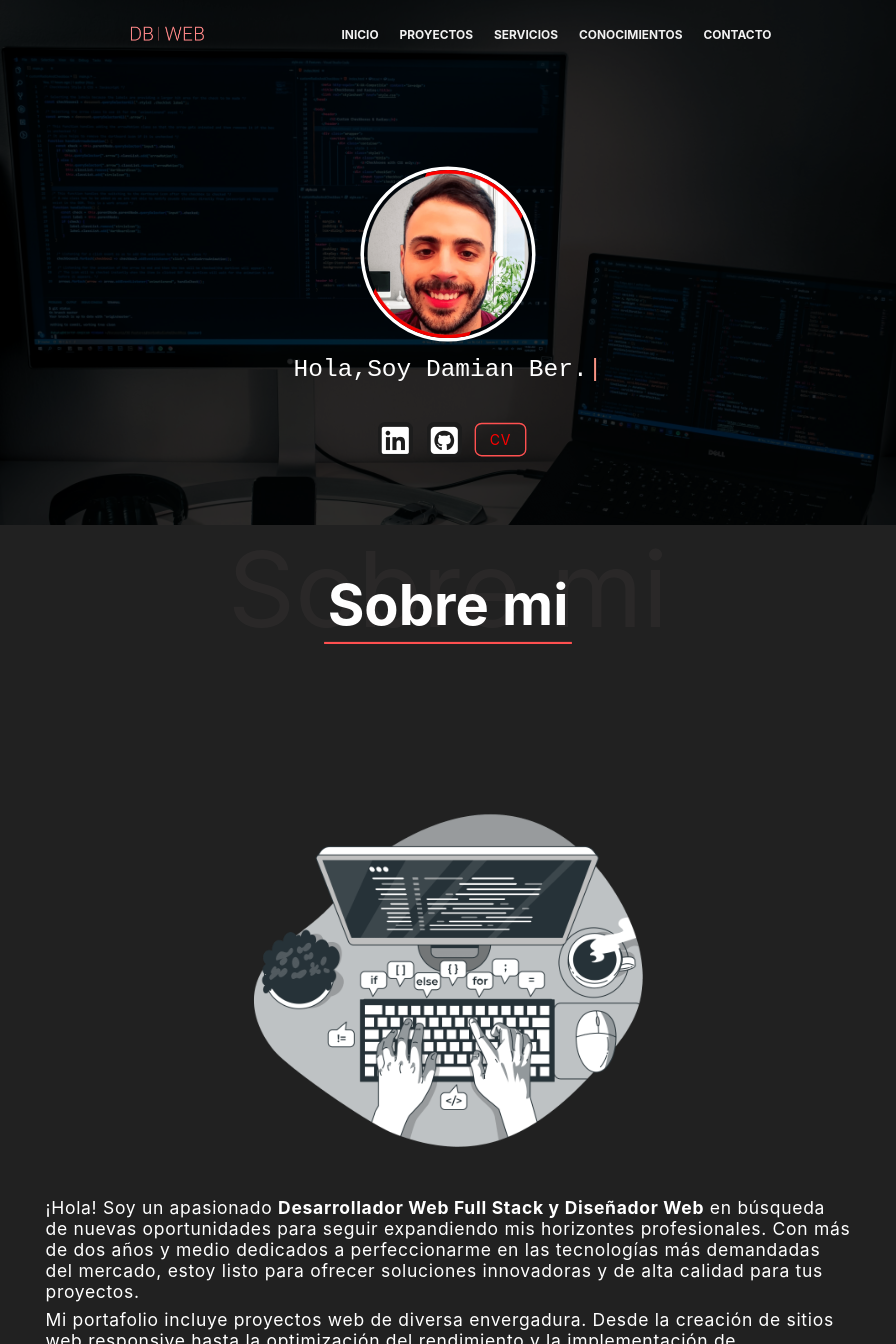
Repository: DamianBermudez94/DB-Porfolio
Page: /
An editor plug-in stored every save of this project. The page is shown before and after a run of saves, followed by the edit.
The browser window is 1280 px wide. The pictures show the part of the page from y = 0 to 1920 px (the page is 3240 px tall), at 70% of full size.
Backgrounds fixed to the window are drawn as part of the page. Some web libraries are served in a nearby version. The project was rebuilt for these pictures with package versions that can differ from the ones it lists, and the page was loaded fresh each time. Also part of the build but not shown: vite.config.js, src/components/Servicios/styles.css, src/components/Servicios/Service.jsx, src/pages/Servicios.jsx, src/components/Conocimientos/styles.css, src/components/Conocimientos/Conocimientos.jsx, src/pages/AcerdaDe.jsx, src/components/Contacto/styles.css and 7 more.

Above is the page before, as saved 2024-04-01 19:17:20.

### index.html
<!DOCTYPE html>
<html lang="es">
  <head>
    <meta charset="utf-8" />
    <meta name="viewport" content="width=device-width, initial-scale=1" />
    <meta name="geo.position" content="-35.1853171; -59.1479442" />
    <link
      rel="icon"
      type="image/png"
      sizes="32x32"
      href="./public/image/icons-favicon-DB.png"
    />
    <link
      rel="apple-touch-icon"
      type="image/png"
      sizes="32x32"
      href="./public/image/icons-favicon-DB.png"
    />

    <link rel="manifest" href="./src/manifiesto.json" />
    <title>Damián Bermúdez - Developer</title>
    <meta name="author" content="Damián Bermúdez" />
    <meta
      name="description"
      content="Desarrollador Web Full Stack - Diseñador Web - Paginás Web - Damián Bermúdez"
    />
    <meta name="theme-color" content="#000000" />
    <!--Estilos-->
    <script
      src="https://kit.fontawesome.com/bdbed0aafa.js"
      crossorigin="anonymous"
    ></script>
    <link rel="preconnect" href="https://fonts.gstatic.com" />
    <link rel="preconnect" href="https://fonts.gstatic.com" />
    <link rel="preconnect" href="https://fonts.gstatic.com" />
    <link rel="preconnect" href="https://fonts.gstatic.com" />
    <link
      href="https://fonts.googleapis.com/css2?family=Raleway:wght@200;300&family=Roboto:wght@100;300&display=swap"
      rel="stylesheet"
    />
  </head>
  <body>
    <div id="root"></div>
    <script type="module" defer src="/src/main.jsx"></script>
  </body>
</html>

### src/main.jsx
import ReactDOM from "react-dom/client";

import App from "./App";
import "./index.css";
const root = ReactDOM.createRoot(document.getElementById("root"));
root.render(<App />);

### src/App.jsx
import { useState, useEffect } from "react";
import { MisRutas } from "./routers/MisRutas";
import { BrowserRouter } from "react-router-dom";
import backgroundImage from "../public/image/banner-parallax2.jpg";
import "./App.css";
function App() {
  const [scrollPosition, setScrollPosition] = useState(0);

  useEffect(() => {
    const handleScroll = () => {
      setScrollPosition(window.pageYOffset);
    };

    window.addEventListener("scroll", handleScroll);

    return () => {
      window.removeEventListener("scroll", handleScroll);
    };
  }, []);

  return (
    <main className="content-main parallax-container">
      <div
        className="parallax-background"
        style={{
          backgroundImage: `url(${backgroundImage})`,
          backgroundPositionY: scrollPosition / 2 + "px",
        }}
      />
      <div className="parallax-content">
        <BrowserRouter>
          <MisRutas />
        </BrowserRouter>
      </div>
    </main>
  );
}

export default App;

### src/index.css
* {
  margin: 0;
  padding: 0;
  box-sizing: border-box;
}
body {
  font-family: -apple-system, BlinkMacSystemFont, "Segoe UI", "Roboto", "Oxygen",
    "Ubuntu", "Cantarell", "Fira Sans", "Droid Sans", "Helvetica Neue",
    sans-serif;
  -webkit-font-smoothing: antialiased;
  -moz-osx-font-smoothing: grayscale;
}

### src/routers/MisRutas.jsx
import {Routes, Route } from "react-router-dom";

import { Inicio } from "../pages/Inicio";
import { Servicios } from "../pages/Servicios";
import { AcerdaDe } from "../pages/AcerdaDe";
import { Contacto } from "../pages/contacto";
import { Proyectos } from "../pages/Proyecto";
import { Error } from "../components/Error";
import { NavHeader } from "../components/header/NavHeader";
import { Footer } from "../components/Footer/Footer";

export const MisRutas = () => {
  return (
    <div className="layout">
      {/*Header y navegacion*/}
      <NavHeader />
      {/*Contenido general*/}

      <Routes>
        <Route path="/" element={<Inicio />} />
        <Route path="/inicio" element={<Inicio />} />
        <Route path="/servicios" element={<Servicios />} />
        <Route path="/conocimientos" element={<AcerdaDe />} />
        <Route path="/contacto" element={<Contacto />} />
        <Route path="/proyecto" element={<Proyectos />} />
        <Route path="*" element={<Error />} />
      </Routes>

      {/* Footer*/}
      <Footer />
    </div>
  );
};

### src/App.css
.parallax-container {
  position: relative;
  overflow: hidden;
  color: #fff;


}
.parallax-background {
  position: absolute;
  top: 0;
  left: 0;
  width: 100%;
  height: 100%;
  background-size: cover;
  background-position: center;
  background-attachment: fixed;

}
.parallax-content {
 /* Agregamos una transición para suavizar la animación */
  padding-top: 150px;
  background-color: rgba(0, 0, 0, 0.8);
  position: relative;
  z-index: 1; /* Asegura que el contenido esté sobre la imagen de fondo */
}

### src/pages/Inicio.jsx
import { Home } from "../components/Home/Home";
export const Inicio = () => {
  return (
    <section>
      <Home />
    </section>
  );
};

### src/components/Footer/Footer.jsx

import './Footer.css'
export const Footer = () => {
  return (
    <footer className="footer">
      <div className="contenedor-footer container">
          <div className="footer-redes__sociales">
              <a href="https://www.facebook.com" className="link-redes_sociales" ><i className="fab fa-facebook facebook"></i></a>
              <a href="https://www.instagram.com" className="link-redes_sociales" ><i className="fab fa-instagram instagran"></i></a>
              <a href="https://www.linkedin.com" className="link-redes_sociales" ><i className="fab fa-linkedin linkedin"></i></a>
              <a href="https:/www.github.com" className="link-redes_sociales" ><i className="fab fa-github-square github"></i></a>
          </div>
          <hr className='footer-linea__separacion' />
          <div className="footer-text">
              <p className="title-copy">Hecho por<a className="title-footer" href="https://damianbermudezdev.es/">DB|WEB</a></p>
          </div>
      </div>
    </footer>
  )
}

### src/components/Home/Home.jsx
import { useState, useEffect } from "react";
import { NavLink } from "react-router-dom";
import { useSpring, animated } from "react-spring";

import CustomText from "../TextoCustom/CustomText";

import imagen from "../../../public/image/Developer.png";
import "./styles.css";
export const Home = () => {
  const words = [
    "Hola,Soy Damian Bermudez",
    "Developer Web Full Stack",
    "Diseñador Web",
  ];
  const [showContent, setShowContent] = useState(false);
  // Utilizamos useEffect para activar la animación cuando el componente se monta
  useEffect(() => {
    setShowContent(true);
  }, []);

  // Solo se ejecuta una vez cuando el componente se monta

  // Definimos la animación usando useSpring
  const contentAnimation = useSpring({
    opacity: showContent ? 1 : 0, // Mostrar contenido cuando showContent sea true
    transform: showContent ? "translateY(0px)" : "translateY(-100px)", // Animación de desplazamiento hacia arriba
    from: { opacity: 0, transform: "translateY(-100px)" }, // Estilo inicial
    delay: 500, // Retraso de la animación
  });
  return (
    <>
      <section className="home">
        <animated.div className="home-welcome" style={contentAnimation}>
          <div className="container-home">
            <figure>
              <img
                src={"/image/profile-damianbermudez.png"}
                alt="Damian Bermudez desarrollador web"
              ></img>
            </figure>

            <CustomText words={words} />
            <div className="container-redes_inicio">
              <NavLink
                to="https://www.linkedin.com/in/damian-bermudez-4a4a33204/"
                className="link-redes_sociales"
                target="_blank"
              >
                <i className="fab fa-linkedin linkedin"></i>
              </NavLink>
              <NavLink
                to="https://github.com/DamianBermudez94"
                className="link-redes_sociales"
                target="_blank"
              >
                <i className="fab fa-github-square github"></i>
              </NavLink>
              <a
                className="btn-cv"
                href="./cv-pdf/CVDamianBermudez2023_1_ (1).pdf"
                download="CV-damian-bermudez.pdf"
              >
                CV
              </a>
            </div>
          </div>
        </animated.div>
      </section>
      <section className="section-me" style={contentAnimation}>
        <h2 className="title-sobre__me">Sobre mi</h2>
        <span className="sub-title">Sobre mi</span>
        <animated.div
          className="container-me"
          data-animation="diagonal"
          style={contentAnimation}
        >
          <figure>
            <img
              src={imagen}
              alt="Developer Web Full Stack - Desarrollador Web Full stack - Paginas Web"
            />
          </figure>
          <ul>
            <li>
              <p>
                ¡Hola! Soy un apasionado{" "}
                <strong>Desarrollador Web Full Stack y Diseñador Web</strong> en
                búsqueda de nuevas oportunidades para seguir expandiendo mis
                horizontes profesionales. Con más de dos años y medio dedicados
                a perfeccionarme en las tecnologías más demandadas del mercado,
                estoy listo para ofrecer soluciones innovadoras y de alta
                calidad para tus proyectos.
              </p>
            </li>
            <li>
              <p>
                Mi portafolio incluye proyectos web de diversa envergadura.
                Desde la creación de sitios web responsive hasta la optimización
                del rendimiento y la implementación de características
                interactivas, me enorgullezco de resolver problemas técnicos de
                manera efectiva
              </p>
            </li>
          </ul>
          <NavLink className="enlace-contacto animated-button" to="/contacto">
            <span>¡Demos vida a tu idea!</span>
            <span></span>
          </NavLink>
        </animated.div>
      </section>

      <section className="article-section__motivos">
        <h2>¿Por qué elegirme?</h2>
        <article>
          <h3>Experiencia</h3>
          <p>
            Como desarrollador web full stack y diseñador web, puede ofrecer
            soluciones completas para tus proyectos. Desde el diseño inicial
            hasta la implementación técnica, además total transparencia a la
            hora de informar, desde el precio hasta el tiempo de entrega.
          </p>
        </article>
        <article>
          <h3>Creatividad</h3>
          <p>
            Como diseñador web transformo ideas en experiencias visuales
            cautivadoras. Desde el concepto inicial hasta la implementación,
            cada detalle cuenta. Tu sitio web no solo será funcional, sino
            también estéticamente atractivo y alineado con tu visión.
          </p>
        </article>
        <article>
          <h3>Flexibilidad</h3>
          <p>
            En un entorno dinámico donde la mutabilidad es la constante, contar
            con una figura versátil como la de ellos asegura que tu proyecto
            esté preparado para afrontar cualquier eventualidad. Se asemejan a
            ese confidente de confianza que siempre tiene un recurso alternativo
            disponible, si bien en este caso, en el ámbito digital.
          </p>
        </article>
      </section>
    </>
  );
};

### src/components/header/NavHeader.css
.header {
  height: 80px;
  width: 100%;
  max-width: 1200px;
  display: flex;
  justify-content: space-around;
  align-items: center;
  position: fixed;
  top: 0;
  right: 0;
  left: 0;
  z-index: 1000;
  padding: 50px 20px;
margin: 0 auto;
  transition: background-color 0.5s ease;
}

/* Cambiar el fondo al hacer scroll */
.header.scrolled {
  background-color: rgba(83, 83, 83, 0.9);
  border-radius: 10px;
  display: flex;
  justify-content: center;
  align-items: center;
  position: fixed;

  margin: 0 auto;
}

.nav-content {
  width: 90%;
  height: 80px;
  margin: 0 auto;
  display: flex;
  justify-content: space-around;
  padding: 5px;
  align-items: center;
}
.header .logo img {
  width: 150px;
  height: 100px;
  object-fit: cover;
}

.header nav ul {
  display: flex;
  justify-content: center;
  align-items: center;
  list-style: none;
}
.header li {
  text-decoration: none;
  text-transform: uppercase;
  font-size: 17px;
  font-weight: bold;
  margin: 15px;
}
.header li a {
  text-decoration: none;
  transition: all 300ms;
  color: #f1f1f1;
}
.header .active,
.header a:hover {
  color: rgb(255, 80, 80);
}

.header .btn-menu {
  display: none;
}
@media screen and (max-width: 960px) {
  .header {
    max-width: 900px;
  }

  .header .logo img {
    width: 200px;
    height: 150px;
  }

  .menu {
    list-style-type: none;
    margin: 0;
    padding: 0;
    transform: translateY(-100%);
    transition: transform 0.5s ease-in-out;
    position: fixed;
    top: 150px;
    left: 0%;
    width: 100%;
    height: 100vh;
    width: 100%;
    display: flex;
    flex-direction: column;
    align-items: center;
    justify-content: center;
    height: 0;
    overflow: hidden;
    background-color: rgba(255, 255, 255, 0);
    backdrop-filter: blur(19px);
  }

  .menu.active {
    transform: translateY(0);
    width: 100%;
    height: 100vh;
    bottom: 10px;
    display: block;
    margin: 0 auto;
  }

  .menu ul {
    flex-direction: column;
    align-items: center;
    justify-content: center;
  }

  .menu li {
    width: 100%;
    margin: 10px auto;
    border-bottom: 1px solid rgb(255, 1, 1);
    margin: 10px 0;
    transform: translateY(-50px);
    opacity: 0;
    transition: transform 0.5s ease, opacity 0.5s ease;
  }
  .menu.active li {
    transform: translateY(0);
    opacity: 1;
    padding: 10px;
  }
  .menu a {
    text-decoration: none;
    color: #fff;
    font-size: 20px;
    transition: color 0.3s;
  }
  .menu a:hover {
    color: #ffd700;
  }
}
@media screen and (max-width: 480px) {
  .header {
    padding: 50px;

  }
  .header .logo img {
    width: 150px;
    height: 100px;
  }
}

### src/components/header/burgerButton.jsx
/* eslint-disable react/prop-types */

import styled from "styled-components";

function BurguerButton(props) {
  return (
    <Burguer>
      <div
        onClick={props.handleClick}
        className={`btn-menu nav-icon-5 ${props.clicked ? "open" : ""}`}
      >
        <span></span>
        <span></span>
        <span></span>
      </div>
    </Burguer>
  );
}

export default BurguerButton;

const Burguer = styled.div`
  /* nav-icon-5 */
  .nav-icon-5 {
    width: 35px;
    height: 30px;
    position: relative;
    cursor: pointer;
    display: flex;
    margin: 25px auto;
  }
  .nav-icon-5 span {
    background-color: #fff;
    position: absolute;
    border-radius: 2px;
    transition: 0.3s cubic-bezier(0.8, 0.5, 0.2, 1.4);
    width: 100%;
    height: 4px;
    transition-duration: 500ms;
  }
  .nav-icon-5 span:nth-child(1) {
    top: 0px;
    left: 0px;
  }
  .nav-icon-5 span:nth-child(2) {
    top: 13px;
    left: 0px;
    opacity: 1;
  }
  .nav-icon-5 span:nth-child(3) {
    bottom: 0px;
    left: 0px;
  }
  .nav-icon-5:not(.open):hover span:nth-child(1) {
    transform: rotate(-3deg) scaleY(1.1);
  }
  .nav-icon-5:not(.open):hover span:nth-child(2) {
    transform: rotate(3deg) scaleY(1.1);
  }
  .nav-icon-5:not(.open):hover span:nth-child(3) {
    transform: rotate(-4deg) scaleY(1.1);
  }
  .nav-icon-5.open span:nth-child(1) {
    transform: rotate(45deg);
    top: 13px;
  }
  .nav-icon-5.open span:nth-child(2) {
    opacity: 0;
  }
  .nav-icon-5.open span:nth-child(3) {
    transform: rotate(-45deg);
    top: 13px;
  }
  @media screen and (min-width: 960px) {
    .btn-menu {
      display: none;
    }
  }
`;

### src/components/Footer/Footer.css
.footer {
  min-height: 120px;
  line-height: 7px;
  text-align: center;
  font-size: 22px;
  padding: 45px;
  background-color: #212121;
}

.contenedor-footer {
  display: flex;
  flex-direction: column;
  justify-content: center;
  align-content: center;
  margin: 0 auto;
  padding: 20px;
}
.footer-text {
  display: flex;
  justify-content: center;
  align-items: center;
  padding: 10px;
  margin-top: 20px;
}
.title-copy {
  text-align: center;
  font-size: 26px;
  font-weight: 300;
}
.title-footer {
  text-decoration: none;
  color: rgb(252, 136, 136);
  margin-left: 5px;
}
.footer-linea__separacion{
  height: 1px;
  width: 100%;
  max-width: 700px;
  margin: 0 auto;


}
body.dark .title-copy {
  color: #f1f1f1;
}

.footer-redes__sociales {
  display: flex;
  justify-content: center;
  align-items: center;
  text-align: center;
  margin-bottom: 10px;
}
.link-redes_sociales {
  text-decoration: none;
  width: 50px;
  height: 50px;
  margin: 10px;
  color: rgb(255, 255, 255);
  background-color: rgb(28, 28, 28);
  border-radius: 10px;
  text-align: center;
  position: relative;
  transition: transform 0.4s;
  font-size: 26px;
  padding: 4px;
}
.link-redes_sociales:hover {
  transform: rotate(45deg);
}
.link-redes_sociales::before {
  content: "";
  position: absolute;
  width: 100%;
  height: 100%;
  opacity: 0;
  background-color: #373737;
  border-radius: 10px;
  transition: opacity 0.2s;
}
.link-redes_sociales:hover::before {
  opacity: 0.4;
}
.link-redes_sociales:nth-child(1)::before {
  background-color: rgb(255, 80, 80);
}
.link-redes_sociales:nth-child(2)::before {
  background-color: rgb(255, 80, 80);
}
.link-redes_sociales:nth-child(3)::before {
  background-color: rgb(255, 80, 80);
}
.link-redes_sociales:nth-child(4)::before {
  background-color: rgb(255, 80, 80);
}

.link-redes_sociales:hover::before {
  transform: translate(-4px, -4px);
  filter: blur(10px);
}

.link-redes_sociales i {
  font-size: 1.7em;
  transition: all 0.4s;
}
.link-redes_sociales:hover i {
  color: #f1f1f1;
  transform: rotate(-45deg);
}

body.dark .redes-sociales i {
  color: #f1f1f1;
}

### src/components/TextoCustom/CustomText.jsx
/* eslint-disable react/prop-types */
import  { useState, useEffect } from 'react';
import './styles.css';

const CustomText = ({ words, typingDelay = 200, changingDelay = 3000 }) => {
  const [index, setIndex] = useState(0);
  const [subIndex, setSubIndex] = useState(0);
  const [reverse, setReverse] = useState(false);

  // Efecto para manejar la escritura y eliminación de las palabras
  useEffect(() => {
    if (subIndex === words[index].length + 1 && !reverse) {
      setReverse(true);
      return;
    }

    if (subIndex === 0 && reverse) {
      setReverse(false);
      setIndex((prev) => (prev + 1) % words.length);
      return;
    }

    const timeout = setTimeout(() => {
      setSubIndex((prev) => prev + (reverse ? -1 : 1));
    }, typingDelay);

    return () => clearTimeout(timeout);
  }, [subIndex, index, reverse]);

  // Efecto para cambiar la palabra después de un cierto tiempo
  useEffect(() => {
    if (!reverse) {
      return;
    }

    const timeout = setTimeout(() => {
      setReverse(false);
      setIndex((prev) => (prev + 1) % words.length);
    }, changingDelay);

    return () => clearTimeout(timeout);
  }, [reverse]);

  return (
    <div className="typewriter">
      <span>{`${words[index].substring(0, subIndex)}${reverse ? '.' : ' '}`}</span>
    </div>
  );
};

export default CustomText;

### src/components/TextoCustom/styles.css
.typewriter span {

    display: flex;
    align-items: center;
    justify-content: center;
    font-size: 35px;
    font-family: monospace;
    overflow: hidden;
    white-space: nowrap;
    padding: 20px;
  }

  .typewriter span:after {
    content: '|';
    animation: blink-caret .75s step-end infinite;
    color: #fa9484;
  }

  @keyframes blink-caret {
    from, to { border-color: transparent }
    50% { border-color: black }
  }

  @media (max-width: 780px) {
    .typewriter span {
       font-size: 30px;
      }
  }
  @media (max-width: 780px) {
    .typewriter span {
       font-size: 20px;
      }
  }

Loaded but not shown: src/components/Home/styles.css (405 lines, source omitted); src/components/header/NavHeader.jsx (99 lines, source omitted)

After the next 2 saves:
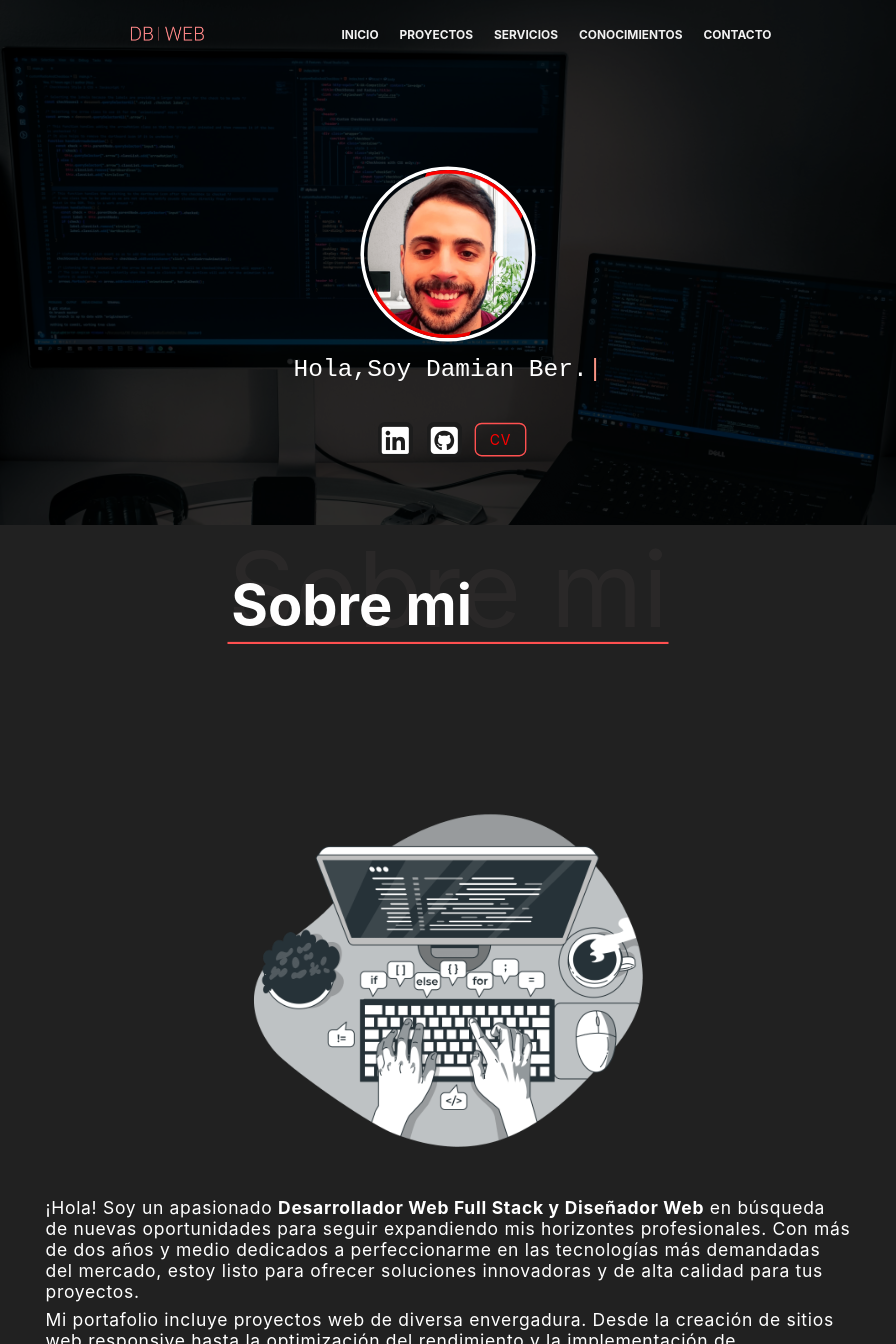
The 2 saves are shown as one change because they came seconds apart.
The last was saved 2 h 10 min later.
--- a/src/components/Home/Home.jsx
+++ b/src/components/Home/Home.jsx
@@ -67,8 +67,10 @@ export const Home = () => {
         </animated.div>
       </section>
       <section className="section-me" style={contentAnimation}>
-        <h2 className="title-sobre__me">Sobre mi</h2>
-        <span className="sub-title">Sobre mi</span>
+        <div>
+          <h2 className="title-sobre__me">Sobre mi</h2>
+          <span className="sub-title">Sobre mi</span>
+        </div>
         <animated.div
           className="container-me"
           data-animation="diagonal"
